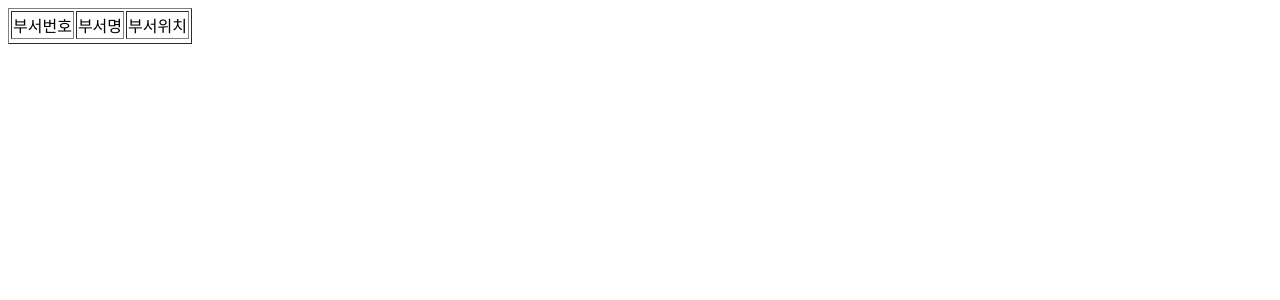
Repository: wo2jin/Sever
Page: http://localhost/TestWeb13/list.jsp
These files come from the project's save history. The page is drawn as it stood at one moment and after the next save; the edit follows.
The browser window is 1280 px wide. The pictures show the whole page.
The page is served by Tomcat 9. Queries for data that is not in the repository find no rows.

Above is the page before, as saved 2020-05-19 06:23:27.

### Sever/TestWeb13/WebContent/list.jsp
<%@ page language="java" contentType="text/html; charset=UTF-8"
    pageEncoding="UTF-8"%>
<%@ page import="java.sql.*" %>
<%
	Class.forName("oracle.jdbc.driver.OracleDriver");
	String url = "jdbc:oracle:thin:@localhost:1521:company";
	Connection conn = DriverManager.getConnection(url,"scott","tiger");
	String strSql = "select * from dept";
	PreparedStatement stmt = conn.prepareStatement(strSql);
	ResultSet rs =stmt.executeQuery();
%>
<!DOCTYPE html PUBLIC "-//W3C//DTD HTML 4.01 Transitional//EN" "http://www.w3.org/TR/html4/loose.dtd">
<html>
<head>
<meta http-equiv="Content-Type" content="text/html; charset=UTF-8">
<title>Insert title here</title>
</head>
<body>
	<table border="1">
		<tr>
			<td>부서번호</td>
			<td>부서명</td>
			<td>부서위치</td>
		<tr>
	<%
		while(rs.next()){
	%>
		<tr>
			<td><%=rs.getInt("dept_id")%></td>
			<td><%=rs.getString("dept_name") %></td>
			<td><%=rs.getInt("loc_id")%></td>
		</tr>
		<%} %>
	</table>


</body>
</html>

After the next save:
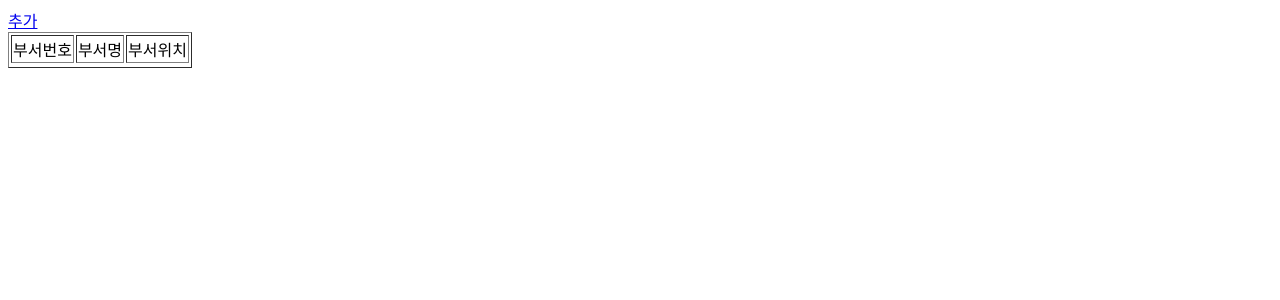
Saved 6 s later.
--- a/Sever/TestWeb13/WebContent/list.jsp
+++ b/Sever/TestWeb13/WebContent/list.jsp
@@ -13,9 +13,10 @@
 <html>
 <head>
 <meta http-equiv="Content-Type" content="text/html; charset=UTF-8">
-<title>Insert title here</title>
+<title>DEPT LIST</title>
 </head>
 <body>
+	<a href="insert.jsp">추가</a>
 	<table border="1">
 		<tr>
 			<td>부서번호</td>
